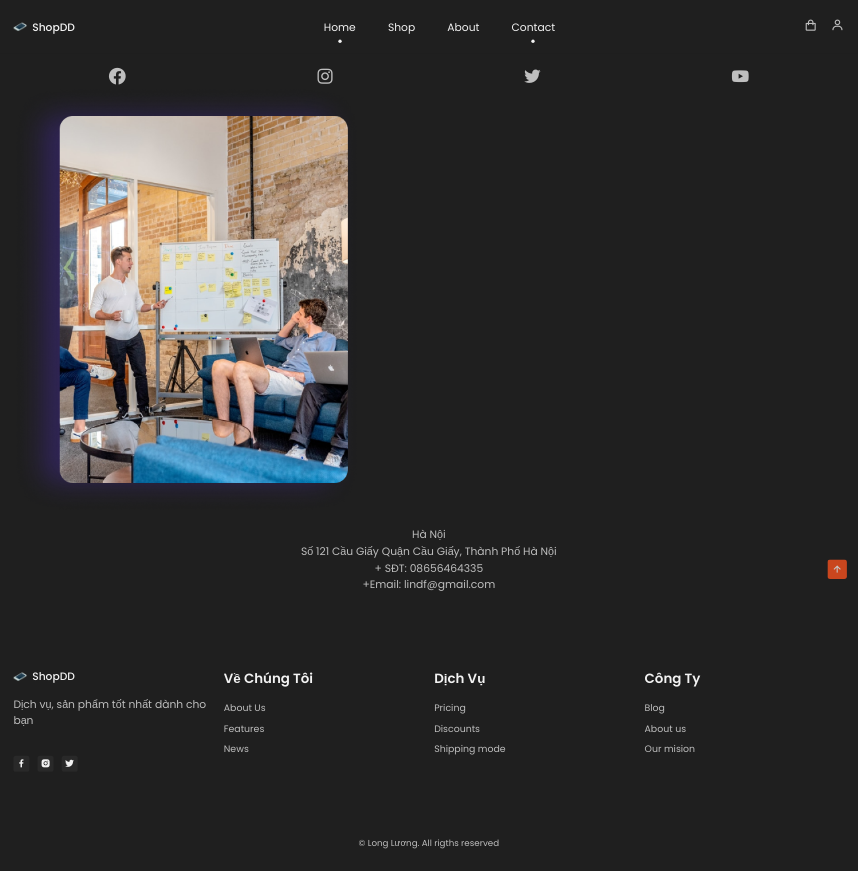
Repository: long5122000/Shopc
Page: contact.html
An editor plug-in stored every save of this project. The page is shown before and after the next save, followed by the edit.
The browser window is 1280 px wide. The pictures show the whole page, at 67% of full size.
The style sheet was rebuilt from its Sass, Less or Tailwind sources for each picture, by a compiler version that may differ from the author's.

Above is the page before, as saved 2021-12-01 10:04:43.

### contact.html
<!DOCTYPE html>
<html lang="en">
  <head>
    <meta charset="UTF-8" />
    <meta http-equiv="X-UA-Compatible" content="IE=edge" />
    <meta name="viewport" content="width=device-width, initial-scale=1.0" />
    <title>ShopDD</title>
    <link rel="shortcut icon" href="favicon.png" type="image/x-icon" />
    <link
      rel="stylesheet"
      href="https://unpkg.com/swiper@7/swiper-bundle.min.css"
    />
    <link
      rel="stylesheet"
      href="https://cdn.jsdelivr.net/npm/boxicons@latest/css/boxicons.min.css"
    />
    <link rel="stylesheet" href="./css/app.css" />
  </head>
  <body>
    <header class="header" id="header">
      <nav class="nav container">
        <a href="" class="nav__logo">
          <img src="./images/logo-3.png" alt="" class="nav__logo-img" />
          ShopDD
        </a>
        <div class="nav__menu" id="nav-menu">
          <ul class="nav__list">
            <li class="nav__item">
              <a href="./index.html" class="nav__link active-link">Home</a>
            </li>
            <li class="nav__item">
              <a href="#" class="nav__link">Shop</a>
            </li>
            <li class="nav__item">
              <a href="./about.html" class="nav__link">About</a>
            </li>
            <li class="nav__item">
              <a href="./contact.html" class="nav__link">Contact</a>
            </li>

            <!-- <a href="" class="button button--ghost">Support</a> -->
          </ul>

          <div class="nav__close" id="nav-close">
            <i class="bx bx-x"></i>
          </div>
          <!-- <img src="./images/nav-img.png" alt="" class="nav__img" /> -->
        </div>
        <div class="nav__btns">
          <!-- Theme change button -->

          <div class="nav__shop" id="cart-shop">
            <i class="bx bx-shopping-bag"></i>
          </div>

          <div class="nav__shop" id="info-user">
            <i class="bx bx-user"></i>
          </div>

          <div class="nav__toggle" id="nav-toggle">
            <i class="bx bx-grid-alt"></i>
          </div>
        </div>
      </nav>
    </header>

    <div class="cart" id="cart">
      <i class="bx bx-x cart__close" id="cart-close"></i>

      <h2 class="cart__title-center">My Cart</h2>

      <div class="cart__container">
        <article class="cart__card">
          <div class="cart__box">
            <img src="./images/new-1.png" alt="" class="cart__img" />
          </div>

          <div class="cart__details">
            <h3 class="cart__title">Jazzmaster</h3>
            <span class="cart__price">$1050</span>

            <div class="cart__amount">
              <div class="cart__amount-content">
                <span class="cart__amount-box">
                  <i class="bx bx-minus"></i>
                </span>

                <span class="cart__amount-number">1</span>

                <span class="cart__amount-box">
                  <i class="bx bx-plus"></i>
                </span>
              </div>

              <i class="bx bx-trash-alt cart__amount-trash"></i>
            </div>
          </div>
        </article>

        <article class="cart__card">
          <div class="cart__box">
            <img src="./images/new-3.png" alt="" class="cart__img" />
          </div>

          <div class="cart__details">
            <h3 class="cart__title">Rose Gold</h3>
            <span class="cart__price">$850</span>

            <div class="cart__amount">
              <div class="cart__amount-content">
                <span class="cart__amount-box">
                  <i class="bx bx-minus"></i>
                </span>

                <span class="cart__amount-number">1</span>

                <span class="cart__amount-box">
                  <i class="bx bx-plus"></i>
                </span>
              </div>

              <i class="bx bx-trash-alt cart__amount-trash"></i>
            </div>
          </div>
        </article>

        <article class="cart__card">
          <div class="cart__box">
            <img src="./images/new-5.png" alt="" class="cart__img" />
          </div>

          <div class="cart__details">
            <h3 class="cart__title">Longines Rose</h3>
            <span class="cart__price">$980</span>

            <div class="cart__amount">
              <div class="cart__amount-content">
                <span class="cart__amount-box">
                  <i class="bx bx-minus"></i>
                </span>

                <span class="cart__amount-number">1</span>

                <span class="cart__amount-box">
                  <i class="bx bx-plus"></i>
                </span>
              </div>

              <i class="bx bx-trash-alt cart__amount-trash"></i>
            </div>
          </div>
        </article>
        <article class="cart__card">
          <div class="cart__box">
            <img src="./images/new-5.png" alt="" class="cart__img" />
          </div>

          <div class="cart__details">
            <h3 class="cart__title">Longines Rose</h3>
            <span class="cart__price">$980</span>

            <div class="cart__amount">
              <div class="cart__amount-content">
                <span class="cart__amount-box">
                  <i class="bx bx-minus"></i>
                </span>

                <span class="cart__amount-number">1</span>

                <span class="cart__amount-box">
                  <i class="bx bx-plus"></i>
                </span>
              </div>

              <i class="bx bx-trash-alt cart__amount-trash"></i>
            </div>
          </div>
        </article>
        <article class="cart__card">
          <div class="cart__box">
            <img src="./images/new-5.png" alt="" class="cart__img" />
          </div>

          <div class="cart__details">
            <h3 class="cart__title">Longines Rose</h3>
            <span class="cart__price">$980</span>

            <div class="cart__amount">
              <div class="cart__amount-content">
                <span class="cart__amount-box">
                  <i class="bx bx-minus"></i>
                </span>

                <span class="cart__amount-number">1</span>

                <span class="cart__amount-box">
                  <i class="bx bx-plus"></i>
                </span>
              </div>

              <i class="bx bx-trash-alt cart__amount-trash"></i>
            </div>
          </div>
        </article>
        <article class="cart__card">
          <div class="cart__box">
            <img src="./images/new-6.webp" alt="" class="cart__img" />
          </div>

          <div class="cart__details">
            <h3 class="cart__title">Longines Rose</h3>
            <span class="cart__price">$980</span>

            <div class="cart__amount">
              <div class="cart__amount-content">
                <span class="cart__amount-box">
                  <i class="bx bx-minus"></i>
                </span>

                <span class="cart__amount-number">1</span>

                <span class="cart__amount-box">
                  <i class="bx bx-plus"></i>
                </span>
              </div>

              <i class="bx bx-trash-alt cart__amount-trash"></i>
            </div>
          </div>
        </article>
      </div>

      <div class="cart__prices">
        <span class="cart__prices-item">3 items</span>
        <span class="cart__prices-total">$2880</span>
      </div>
    </div>

    <div class="info" id="info">
      <i class="bx bx-x info__close" id="info-close"></i>
      <div class="info__btn">
        <a href="./login.html" class="button">Đăng nhập</a>
        <a href="./register.html" class="button">Đăng Ký</a>
      </div>
    </div>
    <main class="main">
      <section class="contact container" id="contact">
        <h1 class="contact__title">Hãy Kết Nối Với Chúng Tôi</h1>
        <div class="contact__list">
          <i class="bx bxl-facebook-circle contact__item"></i>
          <i class="bx bxl-instagram contact__item"></i>
          <i class="bx bxl-twitter contact__item"></i>
          <i class="bx bxl-youtube contact__item"></i>
        </div>
      </section>
      <section class="address container">
        <div class="address__main">
          <div class="address__image">
            <img src="./images/about.png" alt="" />
          </div>
          <div class="address__content">
            <div class="address__city">Hà Nội</div>
            <div class="address__info">
              <span>Số 121 Cầu Giấy</span>
              Quận Cầu Giấy, Thành Phố Hà Nội
            </div>
            <div class="address__phone">+ SĐT: 08656464335</div>
            <div class="address__email">+Email: lindf@gmail.com</div>
          </div>
        </div>
      </section>
    </main>
    <footer class="footer section">
      <div class="footer__container container grid">
        <div class="footer__content">
          <a href="#" class="footer__logo">
            <img src="./images/logo-3.png" alt="" class="footer__logo-image" />
            ShopDD
          </a>
          <p class="footer__description">
            Dịch vụ, sản phẩm tốt nhất dành cho bạn
          </p>
          <div class="footer__social">
            <a
              href="https://www.facebook.com/"
              target="_blank"
              class="footer__social-link"
            >
              <i class="bx bxl-facebook"></i>
            </a>
            <a
              href="https://www.instagram.com/"
              target="_blank"
              class="footer__social-link"
            >
              <i class="bx bxl-instagram-alt"></i>
            </a>
            <a
              href="https://twitter.com/"
              target="_blank"
              class="footer__social-link"
            >
              <i class="bx bxl-twitter"></i>
            </a>
          </div>
        </div>
        <div class="footer__content">
          <h3 class="footer__title">Về Chúng Tôi</h3>
          <ul class="footer__links">
            <li>
              <a href="" class="footer__link">About Us</a>
            </li>
            <li>
              <a href="" class="footer__link">Features</a>
            </li>
            <li>
              <a href="" class="footer__link">News</a>
            </li>
          </ul>
        </div>
        <div class="footer__content">
          <h3 class="footer__title">Dịch Vụ</h3>
          <ul class="footer__links">
            <li>
              <a href="" class="footer__link">Pricing</a>
            </li>
            <li>
              <a href="" class="footer__link">Discounts</a>
            </li>
            <li>
              <a href="" class="footer__link">Shipping mode</a>
            </li>
          </ul>
        </div>
        <div class="footer__content">
          <h3 class="footer__title">Công Ty</h3>
          <ul class="footer__links">
            <li>
              <a href="" class="footer__link">Blog</a>
            </li>
            <li>
              <a href="" class="footer__link">About us</a>
            </li>
            <li>
              <a href="" class="footer__link">Our mision</a>
            </li>
          </ul>
        </div>
      </div>

      <span class="footer__copy">&#169; Long Lương. All rigths reserved</span>

      <div class="modal" id="modal__view">
        <div class="modal__main">
          <i class="bx bx-x modal__close" id="modal-close"></i>
          <div class="modal__image">
            <img src="./images/new-1.png" alt="" />
          </div>
          <div class="modal__content">
            <h3 class="modal__title">Tivi</h3>
            <p class="modal__desc">
              Lorem ipsum dolor sit amet consectetur adipisicing elit. Repellat
              laborum facilis harum quis aperiam laboriosam quasi deleniti velit
              est rerum animi consectetur voluptate culpa, quas, dolor illum
              fugit exercitationem sapiente?
            </p>
            <div class="modal__price">$167</div>
          </div>
          <a href="#!" class="button modal__button">Xem chi tiết</a>
        </div>
      </div>

      <!-- <img src="./images/footer1-img.png" alt="" class="footer__image-one" />
      <img src="./images/footer2-img.png" alt="" class="footer__image-two" /> -->
    </footer>

    <a href="#" class="scrollup" id="scroll-up">
      <i class="bx bx-up-arrow-alt scrollup__icon"></i>
    </a>
    <script src="https://unpkg.com/swiper@7/swiper-bundle.min.js"></script>
    <script src="scripts/scrollreveal.min.js"></script>
    <script src="./scripts/app.js"></script>
  </body>
</html>

### sass/app.scss
@import "variables";
@import "reset";
@import "mixin";
@import "base";
@import "header";
@import "cart";
@import "search";
@import "info";
@import "home";
@import "category";
@import "about";
@import "hot";
@import "discount";
@import "new";
@import "newsletter";
@import "footer";
@import "modal";
@import "scroll";
@import "register";
@import "login";
@import "contact";
@import "address";
@import "breakpoints";

### sass/_reset.scss
html {
  box-sizing: border-box;
}
* {
  margin: 0;
  padding: 0;
}
*,
*:before,
*:after {
  box-sizing: border-box;
}
input,
textarea,
select,
button {
  outline: none;
  border: none;
}
input {
  line-height: normal;
}
label,
button {
  cursor: pointer;
}
a {
  text-decoration: none;
}
img {
  display: block;
  max-width: 100%;
}

### sass/_mixin.scss
@mixin flex(
  $align: flex-start,
  $justify: flex-start,
  $wrap: nowrap,
  $dir: row
) {
  display: flex;
  justify-content: $justify;
  align-items: $align;
  flex-wrap: $wrap;
  flex-direction: $dir;
}
@mixin maxw($breakpoint) {
  @media screen and (max-width: $breakpoint) {
    @content;
  }
}
@mixin minw($breakpoint) {
  @media screen and (min-width: $breakpoint) {
    @content;
  }
}
@mixin center {
  display: flex;
  justify-content: center;
  align-items: center;
}

### sass/_base.scss
* {
  box-sizing: border-box;
  padding: 0;
  margin: 0;
}
html {
  scroll-behavior: smooth;
}
body {
  margin: var(--header-height) 0 0 0;
  font-family: var(--body-font);
  font-size: var(--normal-font-size);
  background: var(--body-color);
  color: var(--text-color);
}
h1,
h2,
h3,
h4 {
  color: var(--title-color);
  font-weight: var(--font-semi-bold);
}
ul {
  list-style: none;
}
.section {
  padding: 4.5rem 0 2rem;
}
.section__title {
  font-size: var(--h2-font-size);
  margin-bottom: var(--mb2);
  text-align: center;
}
.container {
  max-width: 1240px;
  margin-left: var(--mb-1-5);
  margin-right: var(--mb-1-5);
}
.grid {
  display: grid;
}
.main {
  overflow: hidden;
}
::-webkit-scrollbar {
  width: 0.6rem;
  background: #413e3e;
}
::-webkit-scrollbar-thumb {
  background: #272525;
  border-radius: 0.5rem;
}
.button {
  display: inline-block;
  background-color: var(--first-color);
  color: var(--title-color);
  padding: 1rem 1.75rem;
  border-radius: 0.5rem;
  font-weight: var(--font-medium);
  transition: 0.3s;
  &:hover {
    background-color: var(--first-color-alt);
  }
  &--ghost {
    border: 2px solid;
    background-color: transparent;
    border-radius: 3rem;
    padding: 0.75rem 1.5rem;
    &:hover {
      background: none;
    }
  }
  &__icon {
    font-size: 1.25rem;
  }
  &--link {
    color: var(--title-color);
  }
  &--flex {
    display: inline-flex;
    align-items: center;
    column-gap: 0.5rem;
  }
}

### sass/_search.scss
.search-box {
  width: 1px;
  height: 30px;
  background-color: rgb(88, 88, 88);
  position: relative;

  transition: all 0.5s ease;
  border-radius: 15px;
}

.search-box.open {
  width: 220px;
}

.search-input {
  width: 100%;
  height: 100%;
  border: none;
  box-shadow: none;
  background: transparent;
  color: #fff;
  padding: 20px 20px;
  font-size: 20px;
}

.search-btn {
  color: rgba(191, 191, 191);
  outline: none;
  border: none;

  position: absolute;
  right: -0;
  top: 0;
  cursor: pointer;
  font-size: 25px;
  background-color: transparent;
}

### sass/_info.scss
.info {
  position: fixed;
  background-color: rgb(59, 59, 59);
  z-index: var(--z-fixed);
  width: 100%;
  height: 100%;
  top: 0;
  right: -100%;
  padding: 5.5rem 1rem;
  transition: 0.4s;
  overflow-y: scroll;
  &__close {
    font-size: 2rem;
    color: var(--title-color);
    position: absolute;
    top: 1.25rem;
    right: 0.9rem;
    cursor: pointer;
  }
}
.show-info {
  right: 0;
}

### sass/_home.scss
.home {
  &__content {
    row-gap: 1rem;
  }
  &__group {
    display: grid;
    position: relative;
    padding-top: 2rem;
  }
  &__image {
    height: 250px;
    justify-self: center;
  }
  &__indicator {
    width: 8px;
    height: 8px;
    background-color: var(--title-color);
    border-radius: 50%;
    position: absolute;
    top: 7rem;
    right: 2rem;
    &::after {
      content: "";
      position: absolute;
      width: 1px;
      height: 48px;
      background-color: var(--title-color);
      top: -3rem;
      right: 45%;
    }
  }
  &__details {
    &-img {
      position: absolute;
      right: 0.5rem;
    }
    &-title,
    &-subtitle {
      display: block;
      font-size: var(--small-font-size);
      text-align: right;
    }
  }
  &__subtitle {
    font-size: var(--h3-font-size);
    text-transform: uppercase;
    margin-bottom: var(--mb-1);
  }
  &__title {
    font-size: var(--biggest-font-size);
    font-weight: var(--font-black);
    line-height: 109%;
    margin-bottom: var(--mb-1);
  }
  &__description {
    margin-bottom: var(--mb-1);
  }
  &__buttons {
    @include flex(center, space-between);
  }
}

.swiper {
  &-pagination {
    position: initial;
    margin-top: var(--mb-1);
    &-bullet {
      width: 5px;
      height: 5px;
      background-color: var(--title-color);
      opacity: 1;
    }
  }
}
.swiper-pagination-horizontal.swiper-pagination-bullets .swiper-pagination-bullet {
  margin: 0 0.5rem;
}
.swiper-pagination-bullet-active {
  width: 1.5rem;
  height: 5px;
  border-radius: 0.5rem;
}

### sass/_category.scss
.category {
  &__container {
    grid-template-columns: repeat(2, 1fr);
    gap: 1rem 2rem;
  }
  &__data {
    text-align: center;
  }
  &__image {
    width: 120px;
    margin: 0 auto;
    transition: 0.3s;
  }
  &__title {
    margin-bottom: var(--mb-0-25);
  }
  &__data:hover {
    .category {
      &__image {
        transform: translateY(-0.5rem);
      }
    }
  }
}
.scroll {
  &-header {
    background: var(--container-color);
  }
}

### sass/_about.scss
.about {
  &__container {
    row-gap: 2rem;
  }
  &__data {
    text-align: center;
  }
  &__description {
    margin-bottom: var(--mb-2);
  }
  &__image {
    width: 200px;
    justify-self: center;
  }
}

### sass/_hot.scss
.hot {
  &__container {
    grid-template-columns: repeat(2, 1fr);
    gap: 1.5rem;
    padding: 1rem;
  }
  &__content {
    position: relative;
    background: var(--container-color);
    border-radius: 1rem;
    padding: 1.5rem 0 1rem 0;
    text-align: center;
    overflow: hidden;

    &:hover .hot__image {
      transform: translateY(-0.5rem);
    }
    &:hover .hot__button {
      right: 0;
    }
  }
  &__image {
    width: 90px;
    transition: 0.3s;
    margin: 0 auto;
  }
  &__subtitle,
  &__price {
    display: block;
  }
  &__subtitle {
    font-size: var(--smaller-font-size);
    margin-bottom: var(--mb-0-5);
  }
  &__title,
  &__price {
    color: var(--title-color);
    font-weight: var(--font-medium);
    font-size: var(--normal-font-size);
  }
  &__button {
    display: flex;
    flex-direction: column;
    gap: 5px 0;
    padding: 0.5rem;
    border-radius: 0.25rem 0.25rem 0.75rem 0.25rem;
    position: absolute;
    right: -3rem;
    bottom: 0;
  }
  &__icon {
    font-size: 1.25rem;
    color: var(--title-color);
    &--bt {
      border-bottom: 1px solid gray;
      padding-bottom: 4px;
    }
    &:hover {
      color: var(--first-color);
    }
  }
}

### sass/_discount.scss
.discount {
  &__container {
    background: var(--container-color);
    border-radius: 1rem;
    padding: 2.5rem 0 1.5rem;
    row-gap: 0.75rem;
  }
  &__data {
    text-align: center;
  }
  &__title {
    font-size: var(--h2-font-size);
    margin-bottom: var(--mb-2);
  }
  &__image {
    width: 200px;
    justify-self: center;
  }
}

### sass/_newsletter.scss
.newsletter {
  &__description {
    text-align: center;
    margin-bottom: var(--mb-1-5);
  }
  &__form {
    background: var(--container-color);
    padding: 1rem;
    @include flex(center, space-between);
    // display: flex;
    // justify-content: space-between;
    border-radius: 0.75rem;
  }
  &__input {
    width: 70%;
    padding: 0 0.5rem;
    background: none;
    color: var(--title-color);
    &::placeholder {
      color: var(--text-color);
    }
  }
}

### sass/_footer.scss
.footer {
  position: relative;
  overflow: hidden;
  &__image {
    &-one,
    &-two {
      position: absolute;
      transition: 0.3s;
      &:hover {
        transform: translateY(-0.5rem);
      }
    }
    &-one {
      width: 100px;
      top: 6rem;
      right: -2rem;
    }
    &-two {
      width: 150px;
      bottom: 4rem;
      right: 4rem;
    }
  }
  &__container {
    row-gap: 2rem;
  }
  &__logo {
    @include flex(center);
    column-gap: 0.5rem;
    margin-bottom: var(--mb-1);
    font-weight: var(--font-medium);
    color: var(--title-color);
    &-image {
      width: 20px;
    }
  }
  &__description {
    margin-bottom: var(--mb-2-5);
  }
  &__social {
    display: flex;
    column-gap: 0.75rem;
    &-link {
      display: inline-flex;
      background: var(--container-color);
      padding: 0.25rem;
      border-radius: 0.25rem;
      color: var(--title-color);
      font-size: 1rem;
      &:hover {
        background: var(--body-color);
      }
    }
  }
  &__title {
    font-size: var(--h3-font-size);
    margin-bottom: var(--mb-1);
  }
  &__links {
    display: grid;
    row-gap: 0.35rem;
  }
  &__link {
    font-size: var(--small-font-size);
    color: var(--text-color);
    transition: 0.3s;
    &:hover {
      color: var(--title-color);
    }
  }
  &__copy {
    display: block;
    text-align: center;
    font-size: var(--smaller-font-size);
    margin-top: 4.5rem;
  }
}

### sass/_modal.scss
.modal {
  position: fixed;
  top: 0;
  height: 100%;
  width: 100%;
  background: var(--container-color);
  transition: var(--transition250);
  opacity: 0;
  visibility: hidden;
  z-index: 100;
  border-radius: 8px;
  &__main {
    display: grid;
    grid-template-columns: 1fr;
    padding: 0 10px;
  }
  &__image {
    height: 100%;
    width: 100%;
    margin-top: var(--mb-2-5);
  }
  &__title {
    font-size: var(--h1-font-size);
    text-align: center;
    margin-top: var(--mb-2);
    margin-bottom: var(--mb-1-5);
  }
  &__desc {
    margin-bottom: var(--mb-1-5);
  }
  &__price {
    font-size: var(--h2-font-size);
    color: var(--first-color);
    margin-bottom: var(--mb-1-5);
  }
  &__button {
    text-align: center;
  }
  &__close {
    position: absolute;
    right: 5px;
    top: 5px;
    font-size: 2.5rem;
  }
}
.show-modal {
  opacity: 1;
  visibility: unset;
}

### sass/_scroll.scss
.scrollup {
  position: fixed;
  background: var(--first-color);
  right: 1rem;
  bottom: -20%;
  display: inline-flex;
  padding: 0.3rem;
  border-radius: 0.25rem;
  z-index: var(--z-tooltip);
  opacity: 0.8;
  transition: 0.4s;
  &:hover {
    background: var(--container-color);
    opacity: 1;
  }
  &__icon {
    font-size: 1.2rem;
    color: var(--title-color);
  }
}
.show-scroll {
  bottom: 3rem;
}

### sass/_contact.scss
.contact {
  margin-top: var(--mb-2);
  &__title {
    text-align: center;
  }
  &__list {
    margin-top: var(--mb-2);
    display: flex;
    justify-content: space-around;
  }
  &__item {
    font-size: 30px;
  }
}

### sass/_address.scss
.address {
  &__main {
    display: grid;
    grid-template-columns: 1fr;
    gap: 20px 0;
  }
  &__city,
  &__phone,
  &__info,
  &__email {
    text-align: center;
  }
}

Loaded but not shown: scripts/scrollreveal.min.js (library); scripts/app.js (146 lines, source omitted); sass/_breakpoints.scss (367 lines, source omitted); sass/_cart.scss (106 lines, source omitted); sass/_new.scss (84 lines, source omitted); sass/_header.scss (97 lines, source omitted); sass/_register.scss (100 lines, source omitted); sass/_login.scss (100 lines, source omitted); sass/_variables.scss (59 lines, source omitted)

After the next save:
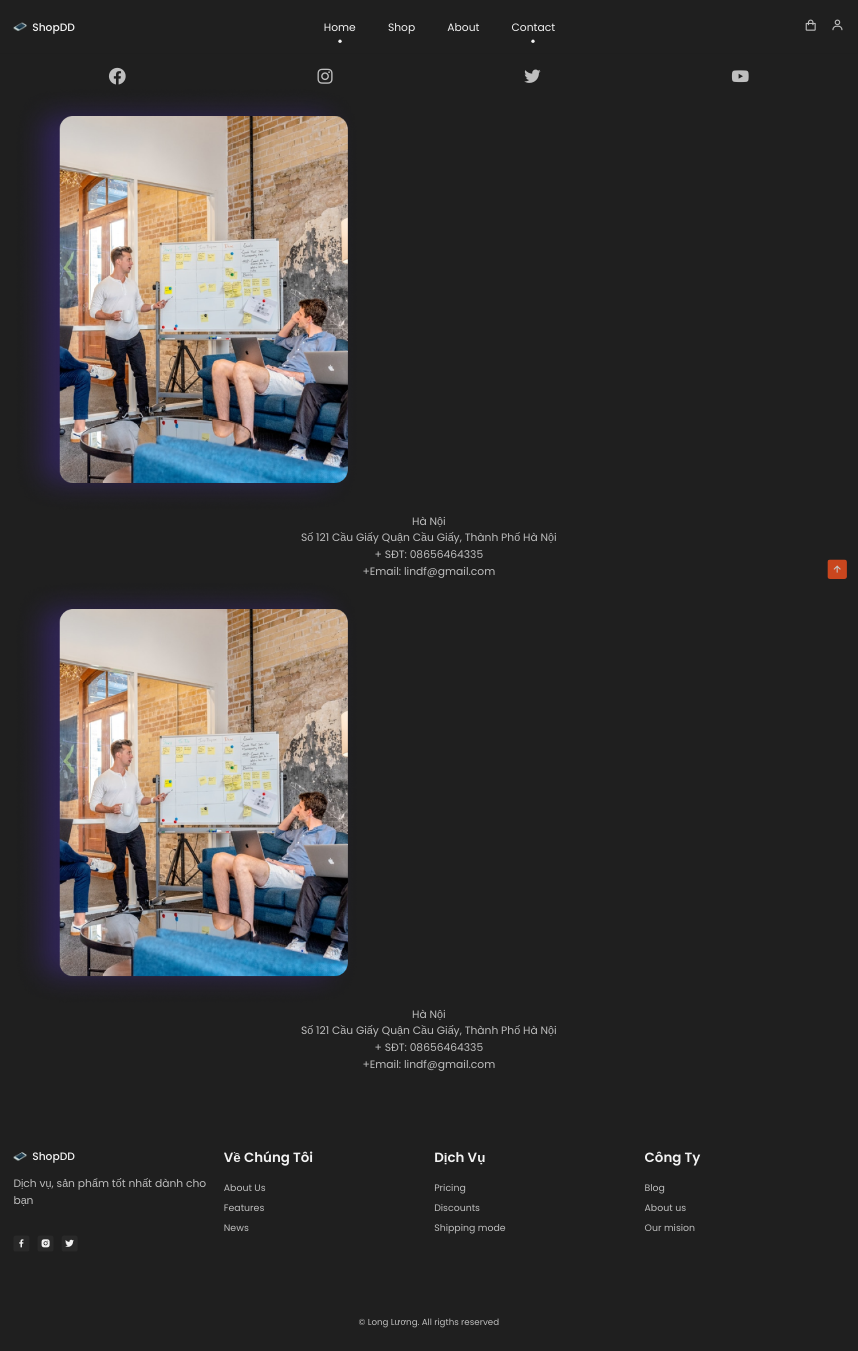
Saved 30 s later.
--- a/contact.html
+++ b/contact.html
@@ -254,7 +254,21 @@
         </div>
       </section>
       <section class="address container">
-        <div class="address__main">
+        <div class="address__list">
+          <div class="address__image">
+            <img src="./images/about.png" alt="" />
+          </div>
+          <div class="address__content">
+            <div class="address__city">Hà Nội</div>
+            <div class="address__info">
+              <span>Số 121 Cầu Giấy</span>
+              Quận Cầu Giấy, Thành Phố Hà Nội
+            </div>
+            <div class="address__phone">+ SĐT: 08656464335</div>
+            <div class="address__email">+Email: lindf@gmail.com</div>
+          </div>
+        </div>
+        <div class="address__list">
           <div class="address__image">
             <img src="./images/about.png" alt="" />
           </div>
